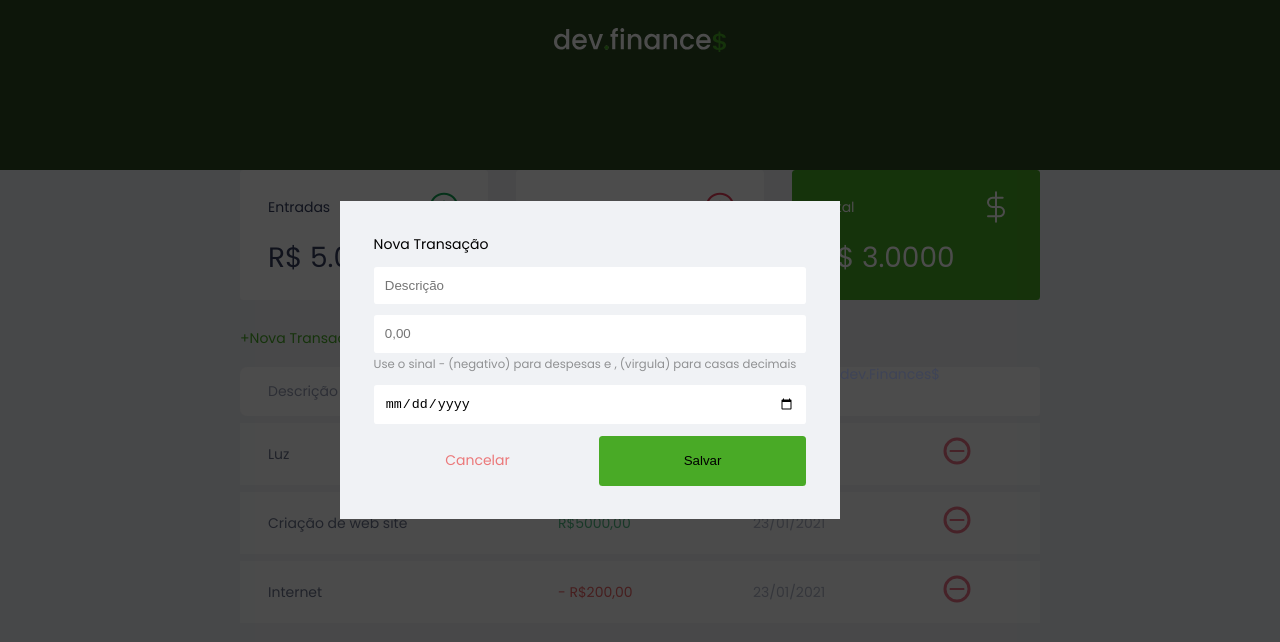
Repository: rafaelmgr12/maratona-dev01
Page: index.html
The author's editor kept a copy of each file at every save. The page is drawn from the files as they stood at one save, then again after a run of saves.
The browser window is 1280 px wide. The pictures show the whole page.
The pointer rests on the first visible `button`.

Above is the page before, as saved 2021-04-28 13:53:45.

### index.html
<!DOCTYPE html>
<html lang="pt-br">
  <head>
    <meta charset="UTF-8" />
    <meta http-equiv="X-UA-Compatible" content="IE=edge" />
    <meta name="viewport" content="width=device-width, initial-scale=1.0" />
    <title>Rafael-app.finance$</title>
    <link rel="stylesheet" href="style.css" />
    <link rel="preconnect" href="https://fonts.gstatic.com" />
    <link
      href="https://fonts.googleapis.com/css2?family=Poppins:ital,wght@0,100;0,400;0,700;1,100;1,400;1,700&display=swap"
      rel="stylesheet"
    />
  </head>
  <body>
    <header>
      <img src="./assets/logo.svg" alt="Logo dev.Finance" />
    </header>
    <main class="container">
      <section id="balance">
        <h2 class="sr-only">Balanço</h2>

        <div class="card">
          <h3>
            <span>Entradas </span>
            <img src="./assets/income.svg" alt="Imagem de entradas" />
          </h3>
          <p>R$ 5.000,0</p>
        </div>
        <div class="card">
          <h3>
            <span>Saídas</span>
            <img src="./assets/expense.svg" alt="Image de saídas" />
          </h3>
          <p>R$ 2.000,00</p>
        </div>
        <div class="card total">
          <h3>
            <span>Total</span>
            <img src="./assets/total.svg" alt="Image de total" />
          </h3>
          <p>R$ 3.0000</p>
        </div>
      </section>
      <section id="transaction">
        <h2 class="sr-only">Transações</h2>

        <a href="#" class="button new">+Nova Transação</a>

        <table id="data-table">
          <thead>
            <tr>
              <th>Descrição</th>
              <th>Valor</th>
              <th>Data</th>
              <th></th>
            </tr>
          </thead>
          <tbody>
            <tr>
              <td class="description">Luz</td>
              <td class="expense">- R$500,00</td>
              <td class="date">23/01/2021</td>
              <td><img src="./assets/minus.svg" alt="Retirar Transação" /></td>
            </tr>
            <tr>
              <td class="description">Criação de web site</td>
              <td class="income">R$5000,00</td>
              <td class="date">23/01/2021</td>
              <td><img src="./assets/minus.svg" alt="Retirar Transação" /></td>
            </tr>
            <tr>
              <td class="description">Internet</td>
              <td class="expense">- R$200,00</td>
              <td class="date">23/01/2021</td>
              <td><img src="./assets/minus.svg" alt="Retirar Transação" /></td>
            </tr>
          </tbody>
        </table>
      </section>
    </main>
    <div class="modal-overlay active">
      <div class="modal">
        Nova Transação
        <form action="">
          <div class="input-group">
            <label class="sr-only" for="description"> Descrição </label>
            <input
              type="text"
              id="description"
              name="description"
              placeholder="Descrição"
            />
          </div>
          <div class="input-group">
            <label class="sr-only" for="amount"> Valor </label>
            <input
              type="number"
              step="0.01"
              id="amount"
              name="amount"
              placeholder="0,00"
            />
            <small class="help">
              Use o sinal - (negativo) para despesas e , (virgula) para casas
              decimais
            </small>
            <div class="input-group">
              <label class="sr-only" for="date"> Data </label>
              <input
                type="date"
                step="0.01"
                id="date"
                name="date"
              />
          </div>
          <div class="input-group actions">
            <a href="#" class="button cancel"> Cancelar</a>
            <button>Salvar</button>
          </div>
        </form>
      </div>
    </div>
    <footer>dev.Finances$</footer>
  </body>
</html>

### style.css
/* Global ======================================== */
:root {
  --dark-blue: #363f5f;
  --green: #49aa26;
  --light-green: #3dd705;
  --red: #e92929;
}
* {
  margin: 0;
  padding: 0;
  box-sizing: border-box;
}

html {
  font-size: 93.75%; /* 15px */
}

body {
  background: #f0f2f5;
  font-family: "Poppins", sans-serif;
}
/*Tricks para sumir elementos da tela, mantendo a funcionalidade de um screenreader*/
.sr-only {
  position: absolute;
  width: 1px;
  height: 1px;
  padding: 0;
  margin: -1px;
  overflow: hidden;
  clip: rect(0, 0, 0, 0);
  white-space: nowrap;
  border-width: 0;
}
.container {
  width: min(90vw, 800px);
  margin: auto;
}
/* Titles ======================================== */
h2 {
  margin-top: 3.2rem;
  margin-bottom: 0.8rem;
  color: var(--dark-blue);

  font-weight: normal;
}
/* Links and Buttons ======================================== */
a {
  color: var(--green);
  text-decoration: none;
}

a:hover {
  color: var(--light-green);
}
button {
  width: 100%;
  height: 50px;

  border: none;
  background: var(--green);

  padding: 0;

  border-radius: 0.25rem;

  cursor: pointer;
}

button:hover {
  background: var(--light-gree));
}
.button.new {
  display: inline-block;
  margin-bottom: 0.8rem;
}

.button.cancel {
  color: var(--red);
  border: 2px var(--red) solid;
  border-radius: 0.25;
  height: 50px;

  display: flex;
  align-items: center;
  justify-content: center;

  opacity: 0.6;
}
.button.cancel:hover {
  opacity: 1;
}

/* Header ======================================== */
header {
  background: #2d4a22;
  padding: 2rem 0 8rem;
  text-align: center;
}
.button.cancel {
  color: var(--red);
  border: 2px;
}

#logo {
  color: #fff;
  font-weight: 100;
}

/* Balance ======================================== */
balance {
  margin-top: -8rem;
}

balance h2 {
  color: white;
  margin-top: 0;
}

/* Cards ======================================== */

.card {
  background: white;
  padding: 1.5rem 2rem;
  border-radius: 0.25rem;

  margin-bottom: 2rem;

  color: var(--dark-blue);
}

.card h3 {
  font-weight: normal;
  font-size: 1rem;
  display: flex;
  align-items: center;
  justify-content: space-between;
}

.card p {
  font-size: 2rem;
  line-height: 3rem;

  margin-top: 1rem;
}

.card.total {
  background: var(--green);
  color: white;
}
/* Table  ======================================== */
#transaction {
  display: block;
  width: 100%;
  overflow-x: auto;
}
#data-table {
  width: 100%;
  border-spacing: 0 0.5rem;
  color: #969cb3;

  overflow-x: auto; /*Para lidar com transbordamento do container*/
}
table thead tr th:first-child,
table thead tr td:first-child {
  border-radius: 0.5rem 0 0 0.5rem;
}

table thead tr th:last-child,
table thead tr td:last-child {
  border-radius: 0 0.25rem 0.25rem 0;
}

table thead th {
  background: white;

  font-weight: normal;
  padding: 1rem 2rem;
  text-align: left;
}
table tbody tr {
  opacity: 0.7;
}
table tr:hover {
  opacity: 1;
}
table tbody td {
  background: white;
  padding: 1rem 2rem;
}

td.description {
  color: var(--dark-blue);
}

td.income {
  color: #12a454;
}
td.expense {
  color: var(--red);
}
/* Modal ======================================== */
.modal-overlay {
  width: 100%;
  height: 100%;

  background-color: rgb(0, 0, 0, 0.7);
  position: fixed;
  top: 0;

  display: flex;
  align-items: center;
  justify-content: center;

  opacity: 0;
  visibility: hidden;
}
.modal-overlay.active {
  opacity: 1;
  visibility: visible;
}
.modal {
  background: #f0f2f5;
  padding: 2.4rem;
  position: relative;
  width: 70%;
  max-width: 500px;
}
/* Form ======================================== */

#form {
  max-width: 500px;
}
#form h2 {
  margin-top: 0;
}

input {
  border: none;
  border-radius: 0.2rem;
  padding: 0.8rem;

  width: 100%;
}
.input-group {
  margin-top: 0.8rem;
}
.input-group small {
  opacity: 0.4;
}
.input-group.actions {
  display: flex;
  justify-content: space-between;
  align-items: center;
}

.input-group.actions .button,
.input-group.actions button {
  width: 48%;
}

/* footer ======================================== */
footer {
  text-align: center;
  padding: 4rem 0 2rem;
  color: var(--dark-blue);

  opacity: 0.6;
}
/* Responsive ======================================== */

@media (min-width: 800px) {
  html {
    font-size: 87.5%;
  }
  #balance {
    display: grid;
    grid-template-columns: repeat(3, 1fr);
    gap: 2rem;
  }
}

After the next 2 saves:
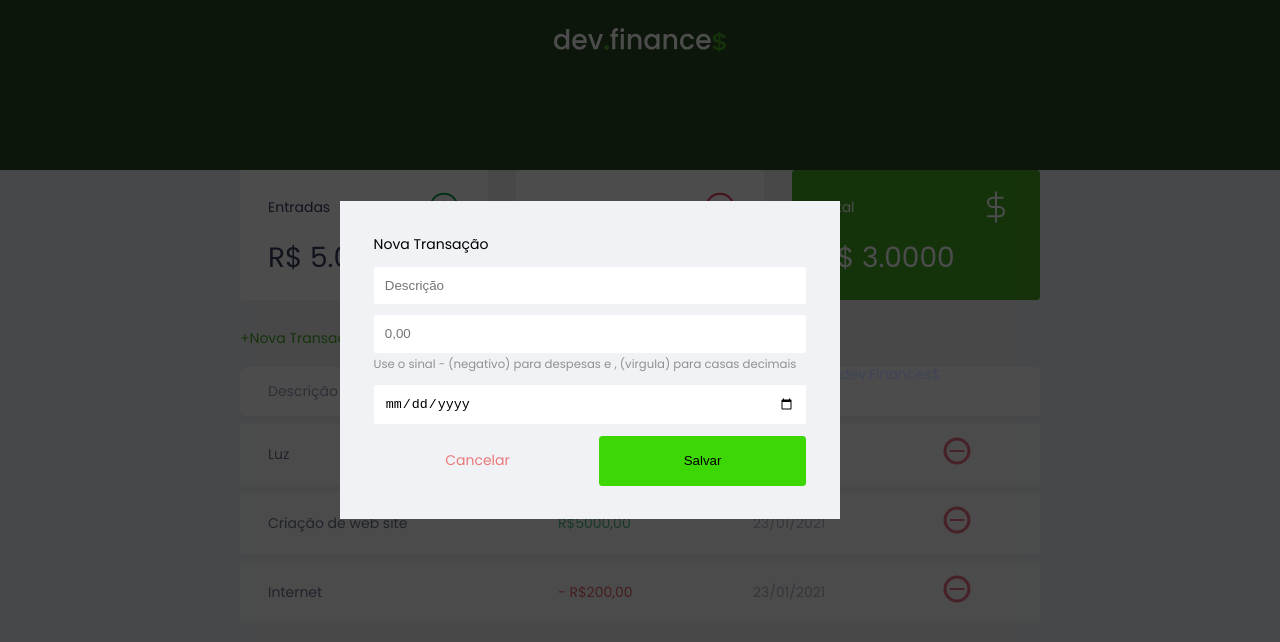
The 2 saves are shown as one change because they came seconds apart.
The last was saved 9 s later.
--- a/style.css
+++ b/style.css
@@ -67,7 +67,7 @@ button {
 }
 
 button:hover {
-  background: var(--light-gree));
+  background: var(--light-green);
 }
 .button.new {
   display: inline-block;
